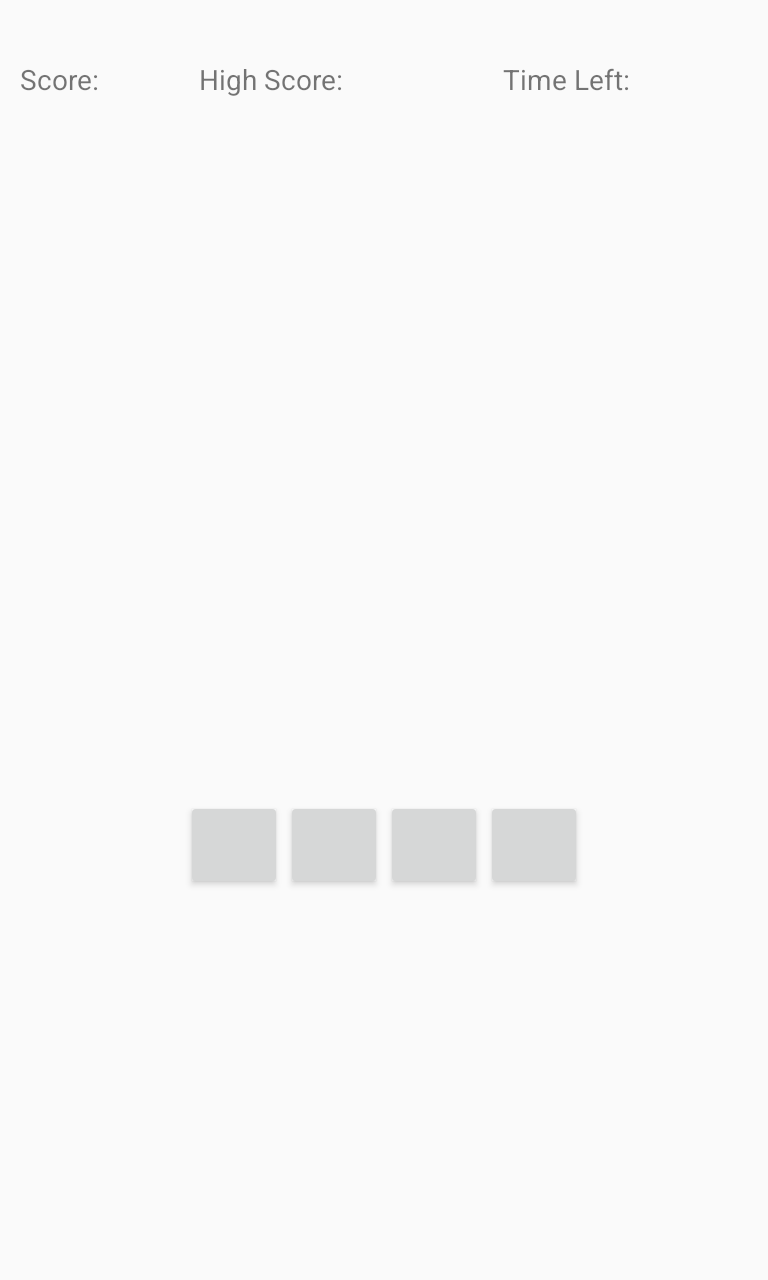
Repository: JoanneCaroll/Mathbomb
Layout: MathBomb/res/layout/activity_startgame.xml
The author's editor kept a copy of each file at every save. The layout is drawn from the files as they stood at one save, then again after the next save.
It is drawn on a 768 x 1280 px phone screen (xhdpi) without system bars, with theme AppTheme; the app's code is not run.

Above is the layout before, as saved 2014-11-12 09:17:09.

### MathBomb/res/layout/activity_startgame.xml
<LinearLayout xmlns:android="http://schemas.android.com/apk/res/android"
    android:layout_gravity="center"
    android:orientation="vertical"
    android:layout_width="match_parent"
    android:layout_height="match_parent">

	<TableLayout
	    android:layout_width="match_parent"
	    android:layout_height="wrap_content"
	    android:orientation="horizontal">
	    <TableRow>
		    <TextView
		        android:padding="10dp"
		        android:id="@+id/score"
		        android:layout_width="wrap_content"
		        android:layout_height="wrap_content"
		        android:text="@string/score"
		        />
		    <TextView
		        android:padding="30dp"
		        android:id="@+id/showscore"
		        android:layout_width="30dp"
		        android:layout_height="wrap_content"
		        />
		    <TextView
		        android:padding="10dp"
		        android:id="@+id/highscore"
		        android:layout_width="wrap_content"
		        android:layout_height="wrap_content"
		        android:text="@string/highscore"
		        />
		    <TextView
		        android:padding="30dp"
		        android:id="@+id/showhighscore"
		        android:layout_width="wrap_content"
		        android:layout_height="wrap_content"/>

		   <TextView
		        android:padding="10dp"
		        android:id="@+id/time"
		        android:layout_width="wrap_content"
		        android:layout_height="wrap_content"
		        android:text="@string/timeleft"/>
		    <TextView
		        android:padding="30dp"
		        android:id="@+id/showtime"
		        android:layout_width="wrap_content"
		        android:layout_height="wrap_content"
		        />
	    </TableRow>
	</TableLayout>

    <RelativeLayout
            android:gravity="center"
            android:layout_width="match_parent"
            android:layout_height="wrap_content"
            android:padding="10dp">

	     <TextView
		    android:id="@+id/integer1"
		    android:layout_width="wrap_content"
		    android:layout_height="wrap_content"
		    android:padding="5dp"
		    android:textSize="50dp"
		    />

		 <TextView
		    android:layout_toRightOf="@id/integer1"
		    android:id="@+id/operator"
		    android:layout_width="wrap_content"
		    android:layout_height="wrap_content"
		    android:padding="5dp"
		    android:textSize="50dp" />

		 <TextView
		    android:layout_toRightOf="@id/operator"
		    android:id="@+id/integer2"
		    android:layout_width="wrap_content"
		    android:layout_height="wrap_content"
		    android:padding="5dp"
		    android:textSize="50dp" />

    </RelativeLayout>

	<TextView
	    	android:layout_gravity="center"
		    android:id="@+id/showcorrect"
		    android:layout_width="wrap_content"
		    android:layout_height="wrap_content"
		    android:padding="5dp" />

	<RelativeLayout
	        android:layout_width="match_parent"
	        android:layout_height="wrap_content"
	        android:gravity="center">

		    <Button
		        android:layout_alignParentBottom="true"
		        android:id="@+id/choice1"
		        android:layout_width="50dp"
		        android:layout_height="wrap_content"
		       />

		    <Button
		        android:layout_alignParentBottom="true"
		        android:id="@+id/choice2"
		        android:layout_toRightOf="@id/choice1"
		        android:layout_width="50dp"
		        android:layout_height="wrap_content"/>

		    <Button
		        android:layout_alignParentBottom="true"
		        android:id="@+id/choice3"
		        android:layout_toRightOf="@id/choice2"
		        android:layout_width="50dp"
		        android:layout_height="wrap_content"/>

		     <Button
		        android:layout_alignParentBottom="true"
		        android:id="@+id/choice4"
		        android:layout_toRightOf="@id/choice3"
		        android:layout_width="50dp"
		        android:layout_height="wrap_content"/>

  		 </RelativeLayout>


</LinearLayout>

### MathBomb/res/values/strings.xml
<?xml version="1.0" encoding="utf-8"?>
<resources>

    <string name="app_name">MathBomb</string>
    <string name="action_settings">Settings</string>
    <string name="score">Score: </string>
    <string name="timeleft">Time Left: </string>
    <string name="highscore">High Score: </string>
    <string name="highscoretitle">HIGH SCORE</string>
    <string name="ok">Ok</string>
	<string name="setRange">Choose Range of Numbers: </string>

	<string name="menuplay">Play!</string>
	<string name="menuhighscore">High Score</string>
	<string name="menuhowtoplay">How to Play</string>
	<string name="menusettings">Settings</string>
	<string name="menuexit">Exit</string>

</resources>

Loaded but not shown: MathBomb/res/values/styles.xml (common file); MathBomb/res/values-v11/styles.xml (common file); MathBomb/res/values-v14/styles.xml (common file)

After the next save:
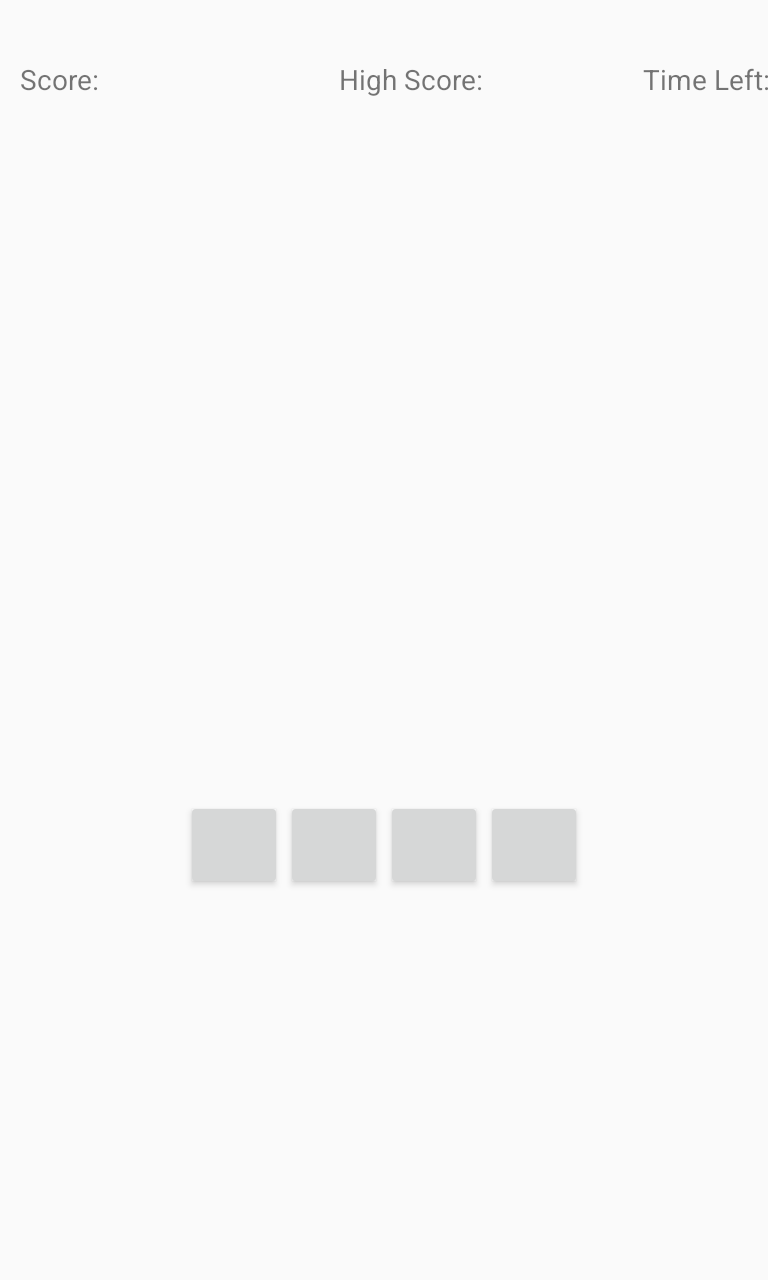
Saved 56 s later.
--- a/MathBomb/res/layout/activity_startgame.xml
+++ b/MathBomb/res/layout/activity_startgame.xml
@@ -19,7 +19,7 @@
 		    <TextView
 		        android:padding="30dp"
 		        android:id="@+id/showscore"
-		        android:layout_width="30dp"
+		        android:layout_width="100dp"
 		        android:layout_height="wrap_content"
 		        />
 		    <TextView
